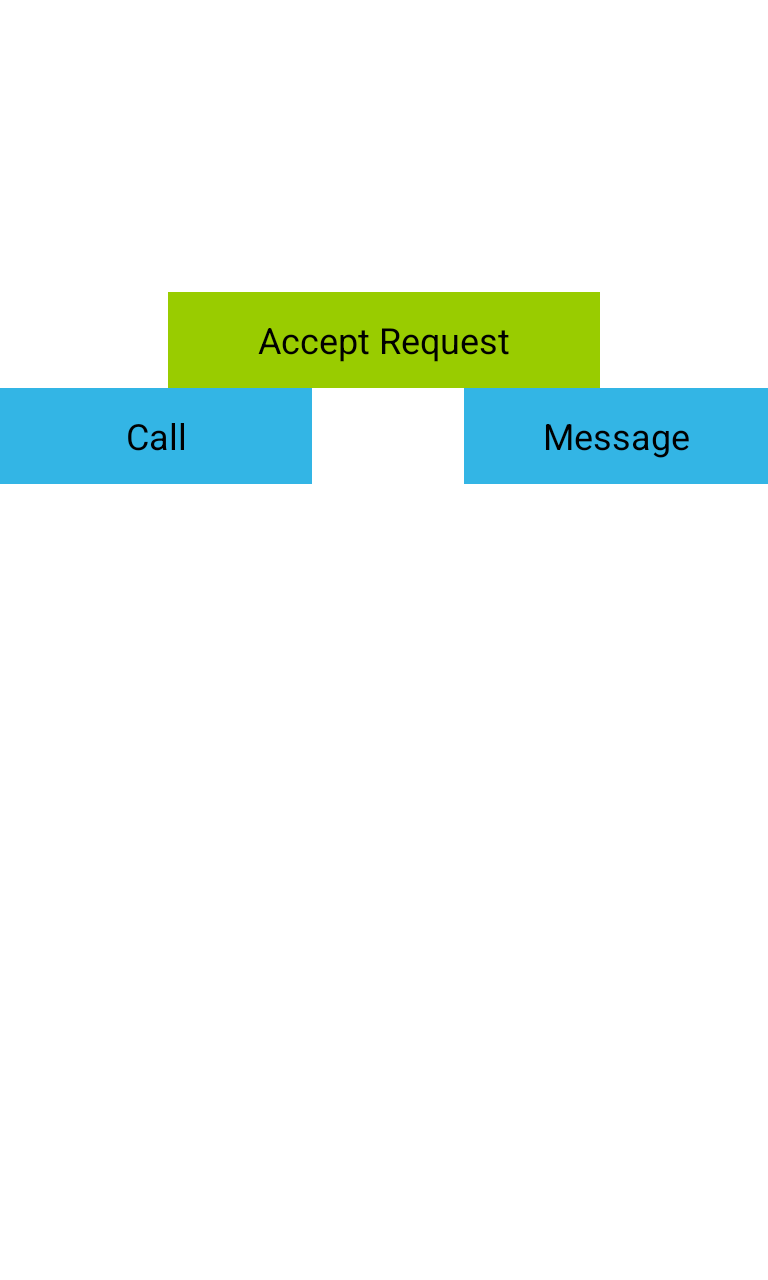
Repository: srivast6/SafeWalk
Layout: android/SafeWalk/res/layout/pop_up.xml
An editor plug-in stored every save of this project. The layout is shown before and after the next save, followed by the edit.
It is drawn on a 768 x 1280 px phone screen (xhdpi) without system bars, with theme android:Theme.Holo.Light; the app's code is not run.

Above is the layout before, as saved 2013-11-20 15:52:21.

### android/SafeWalk/res/layout/pop_up.xml
<?xml version="1.0" encoding="utf-8"?>
<RelativeLayout xmlns:android="http://schemas.android.com/apk/res/android"
    android:layout_width="match_parent"
    android:layout_height="match_parent" >

    <LinearLayout
        android:id="@+id/linearLayout1"
        android:layout_width="wrap_content"
        android:layout_height="wrap_content"
        android:layout_alignParentTop="true"
        android:layout_centerHorizontal="true"
        android:layout_marginTop="90dp"
        android:orientation="vertical" >

        <Button
            android:id="@+id/AcceptButton"
            android:layout_width="216dp"
            android:layout_height="wrap_content"
            android:layout_marginTop="56dp"
            android:background="@android:color/holo_green_light"
            android:text="Accept Request" />
    </LinearLayout>

    <LinearLayout
        android:id="@+id/linearLayout2"
        android:layout_width="wrap_content"
        android:layout_height="match_parent"
        android:layout_alignParentBottom="true"
        android:layout_alignTop="@+id/linearLayout3"
        android:orientation="horizontal" >

        <Button
            android:id="@+id/callButton"
            android:layout_width="156dp"
            android:layout_height="wrap_content"
            android:layout_marginBottom="22dp"
            android:background="@android:color/holo_blue_light"
            android:text="Call" />
    </LinearLayout>

    <LinearLayout
        android:id="@+id/linearLayout3"
        android:layout_width="wrap_content"
        android:layout_height="match_parent"
        android:layout_alignParentBottom="true"
        android:layout_alignParentRight="true"
        android:layout_below="@+id/linearLayout1"
        android:orientation="horizontal" >

        <Button
            android:id="@+id/mssgButton"
            android:layout_width="152dp"
            android:layout_height="wrap_content"
            android:layout_marginBottom="22dp"
            android:background="@android:color/holo_blue_light"
            android:text="Message" >
        </Button>
    </LinearLayout>

</RelativeLayout>

After the next save:
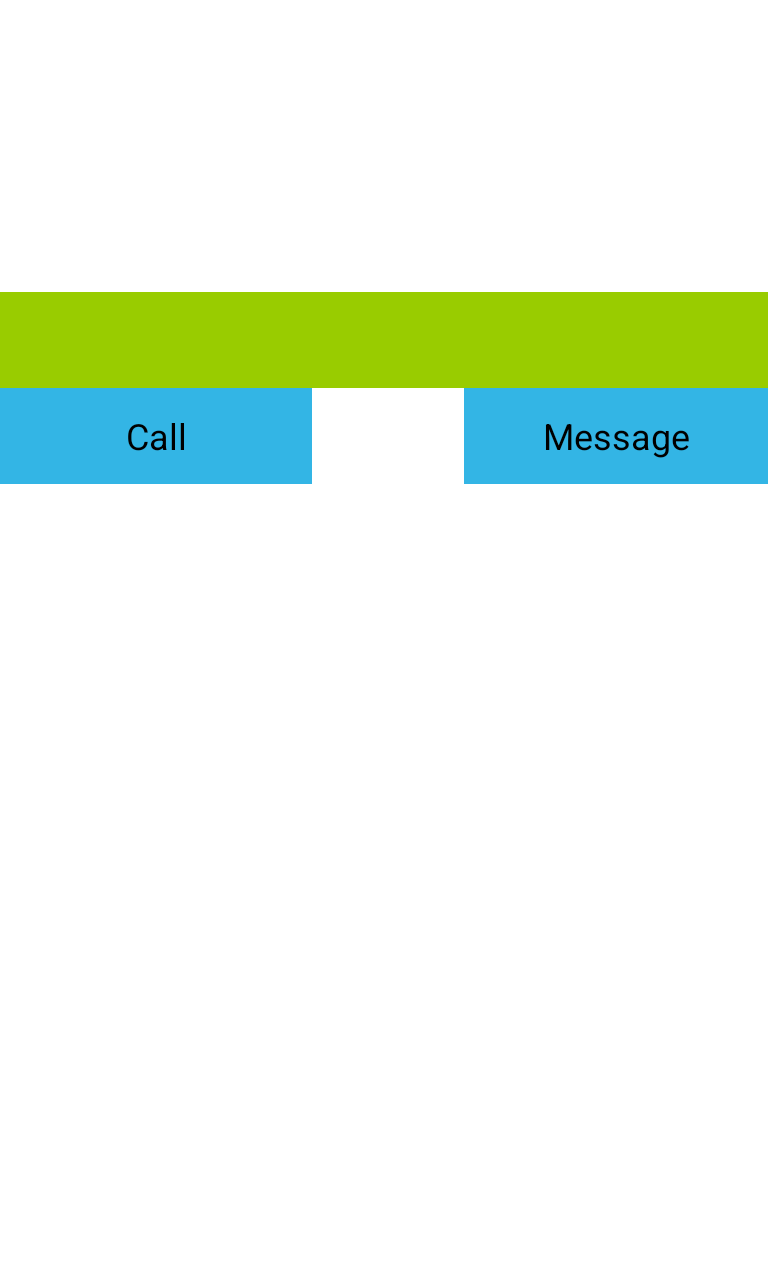
Saved 16 s later.
--- a/android/SafeWalk/res/layout/pop_up.xml
+++ b/android/SafeWalk/res/layout/pop_up.xml
@@ -14,7 +14,7 @@
 
         <Button
             android:id="@+id/AcceptButton"
-            android:layout_width="216dp"
+            android:layout_width="2336dp"
             android:layout_height="wrap_content"
             android:layout_marginTop="56dp"
             android:background="@android:color/holo_green_light"
